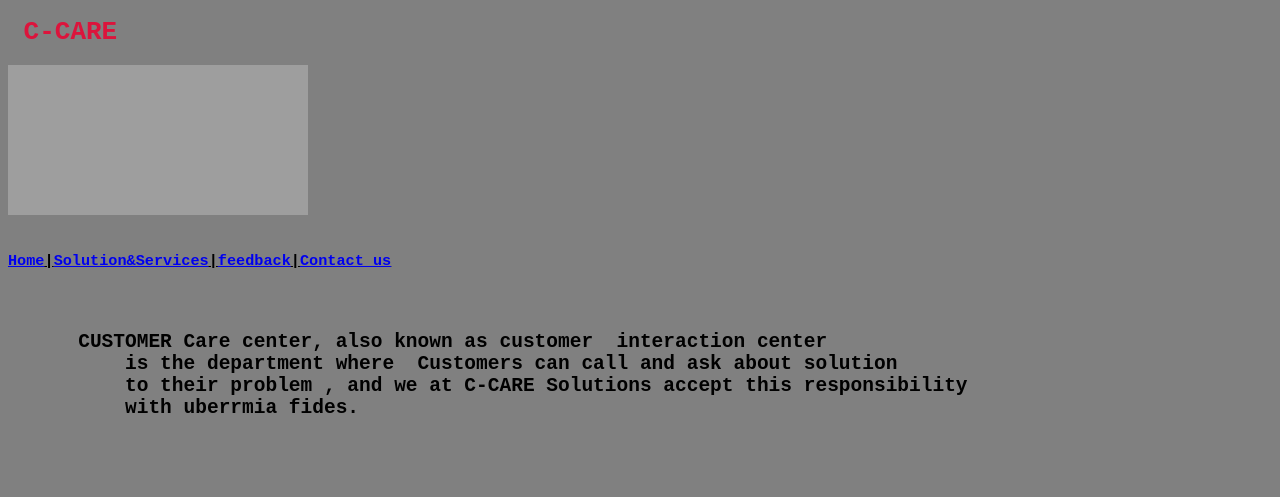
Repository: Ankitr93/CallCenterMgmt
Page: http://localhost/CallCenterManagement/homepage.jsp
The author's editor kept a copy of each file at every save. The page is drawn from the files as they stood at one save, then again after the next save.
The browser window is 1280 px wide. The pictures show the part of the page from y = 0 to 497 px (the page is 995 px tall).
Pictures or frames that could not be fetched are drawn as grey boxes. The page is served by Tomcat 9.

Above is the page before, as saved 2013-07-07 15:30:38.

After the next save:
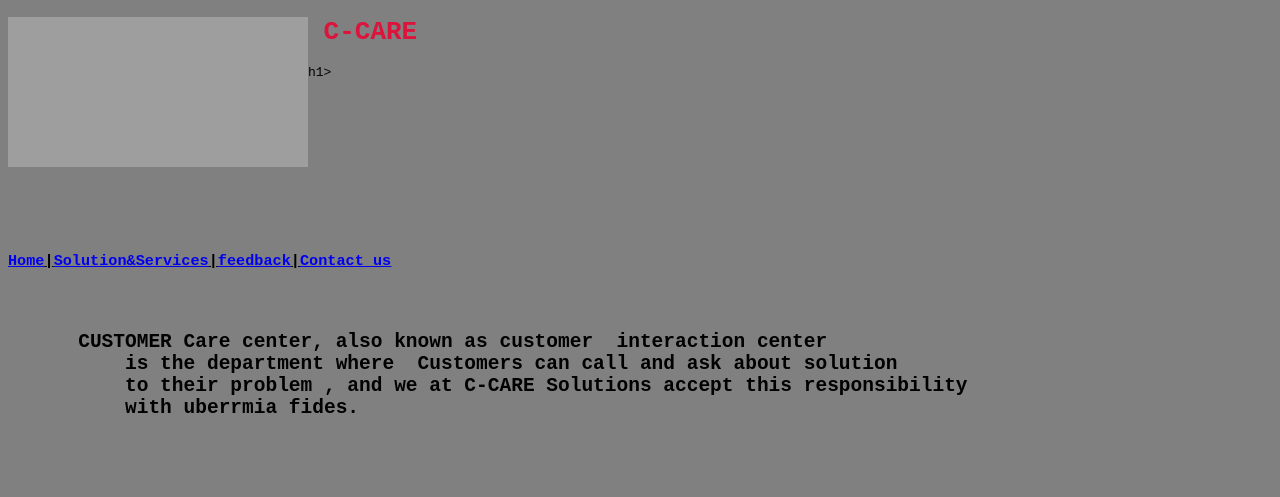
Saved 44 s later.
--- a/CallCenterManagement/CallCenterManagement1/CallCenterManagement/WebContent/homepage.jsp
+++ b/CallCenterManagement/CallCenterManagement1/CallCenterManagement/WebContent/homepage.jsp
@@ -6,7 +6,7 @@
 <meta http-equiv="Content-Type" content="text/html; charset=ISO-8859-1">
 <title>home</title>
 </head>
-<body bgcolor="grey"><pre><H1><font color="crimson"> C-CARE </font></H1> <a><img alt="c-care" src="C:\Users\SHAMIK\CallCenterManagement1\a.jpg" align="left" height="150"width="300"></a></pre>
+<body bgcolor="grey"><pre><H1><font color="crimson"> C-CARE </font> <a><img alt="c-care" src="C:\Users\SHAMIK\CallCenterManagement1\a.jpg" align="left" height="150"width="300"></a></H1>h1></h1></pre>
 <br><br><br><br><br><br><br><br>
 <pre><h3><u><a href="#">Home</a></b>|<a href="services.jsp"><b>Solution&Services</a></b>|<a href="feedback.jsp"><b>feedback</a></b>|<a href="contactus.jsp"><b>Contact us</b></a></u></h3>
 
